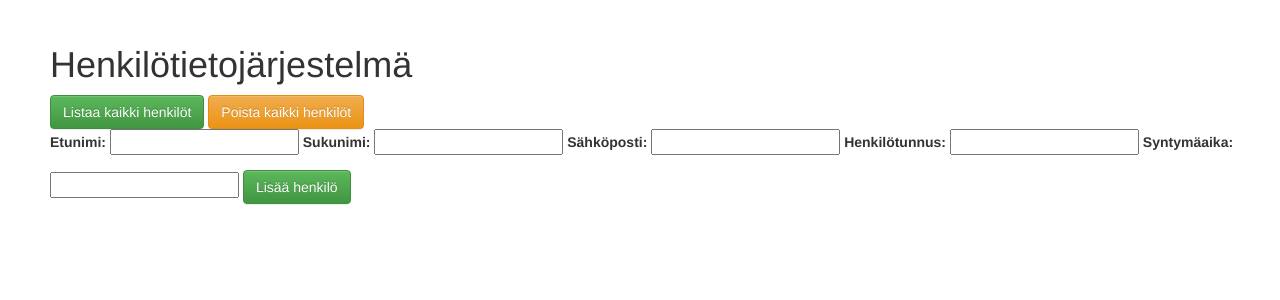
Repository: kuoppal3/henkilotietojarjestelma
Page: http://localhost/
The author's editor kept a record of every edit. The page is drawn from the files as they stood at one moment, then again after the next edit.
The browser window is 1280 px wide. The pictures show the whole page.
The page is served by the project's Node server (server.js).

Above is the page before.
Console error (its wording comes from the project's code and is left out).

After the next edit:
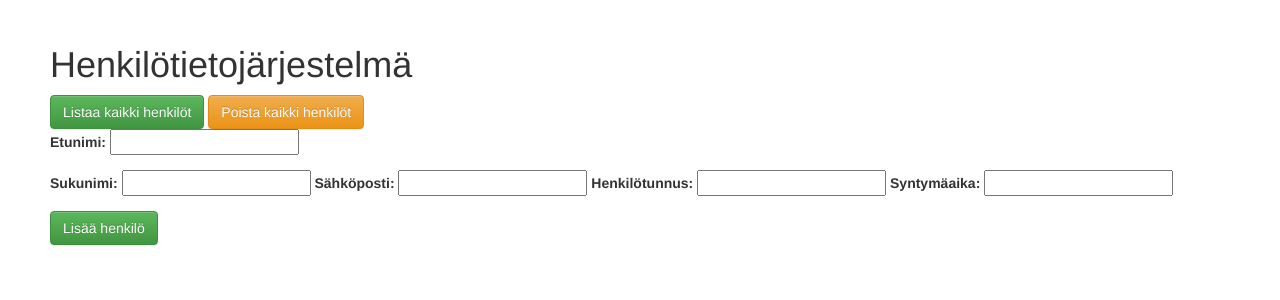
The edit:
--- a/views/index.ejs
+++ b/views/index.ejs
@@ -8,7 +8,7 @@
         <!-- form to add a person -->
         <form action="/people" method="POST">
             <label for="etunimi">Etunimi:</label>
-            <input type="etunimi" class="form-group">
+            <input type="etunimi" class="form-group"> <br>
 
             <label for="sukunimi">Sukunimi:</label>
             <input type="sukunimi" class="form-group">
